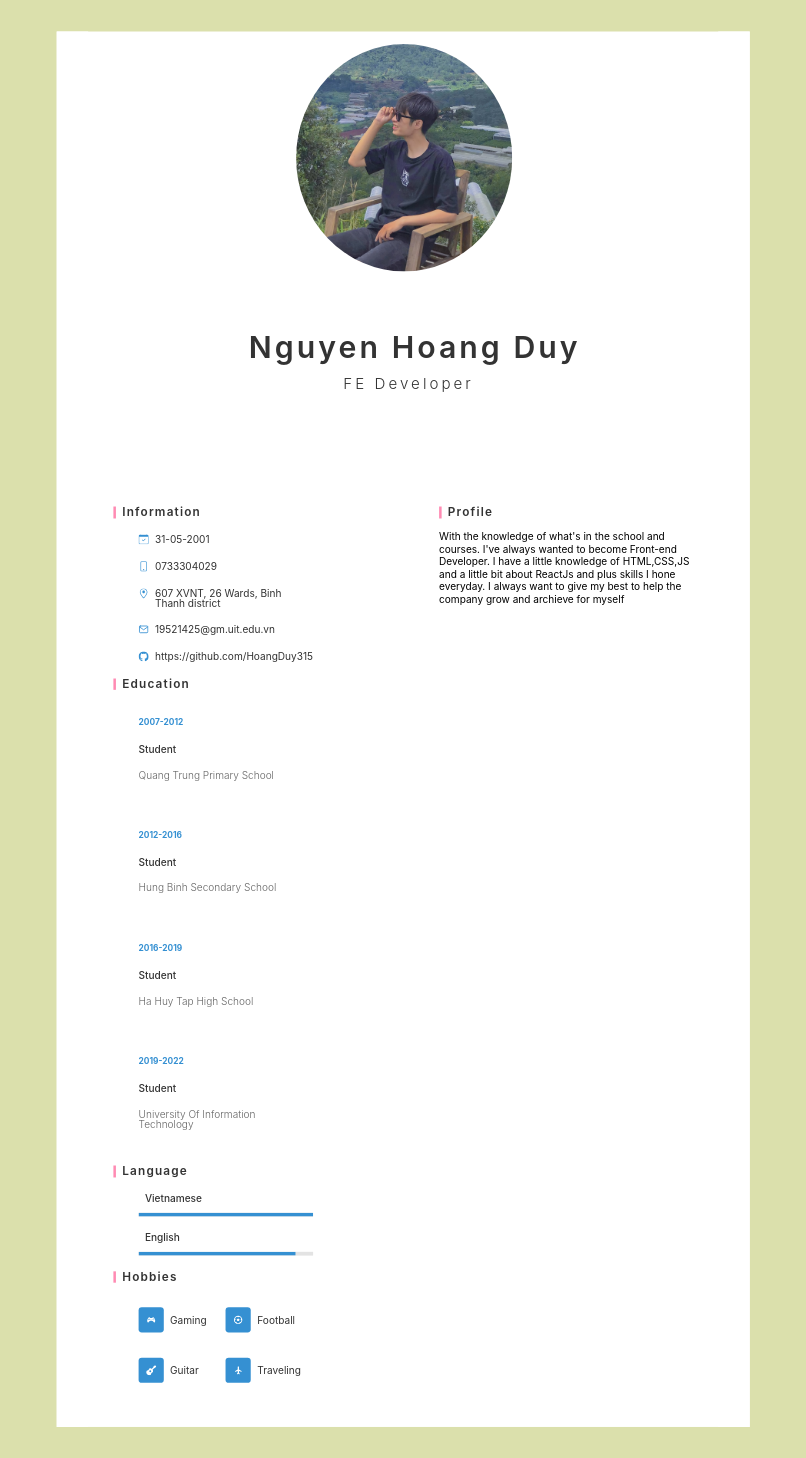
Repository: HoangDuy315/HW_TVK
Page: / (app in hw3cv/)
An editor plug-in stored every save of this project. The page is shown before and after the next save, followed by the edit.
The browser window is 1280 px wide. The pictures show the whole page, at 63% of full size.
The project was rebuilt for these pictures with package versions that can differ from the ones it lists, and the page was loaded fresh each time. Also part of the build but not shown: hw3cv/src/App.css.

Above is the page before, as saved 2022-11-02 12:45:10.

After the next save:
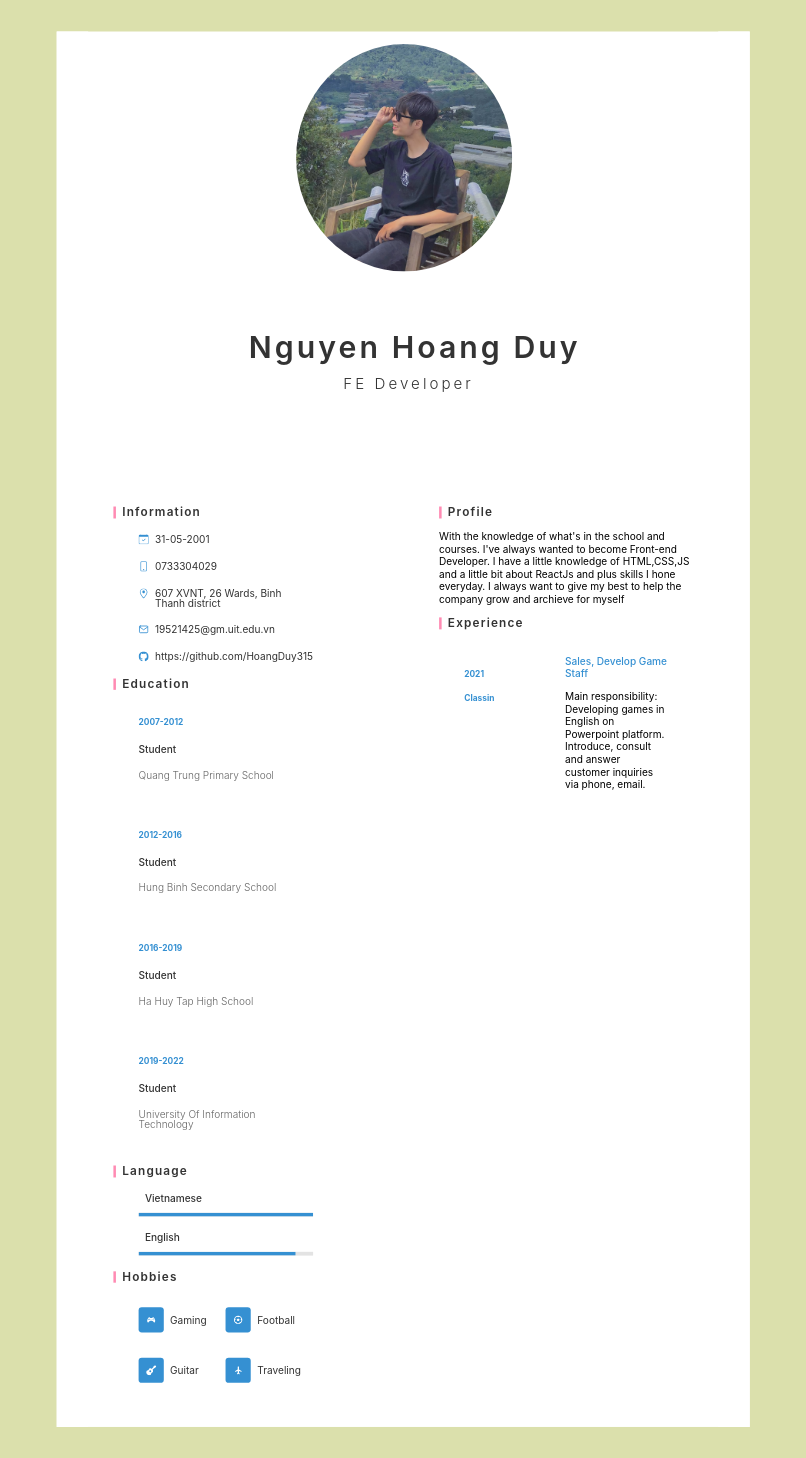
Saved 88 s later.
--- a/hw3cv/src/components/Cv.jsx
+++ b/hw3cv/src/components/Cv.jsx
@@ -143,6 +143,24 @@ const Cv = () => {
                   help the company grow and archieve for myself
                 </p>
               </div>
+
+              <div className="about">
+                <h3>Experience</h3>
+                <div className="box">
+                  <div className="year_company">
+                    <h5>2021</h5>
+                    <h5>Classin</h5>
+                  </div>
+                  <div className="text">
+                    <h4>Sales, Develop Game Staff</h4>
+                    <p>
+                      Main responsibility: Developing games in English on
+                      Powerpoint platform. Introduce, consult and answer
+                      customer inquiries via phone, email.
+                    </p>
+                  </div>
+                </div>
+              </div>
             </div>
           </div>
         </div>
